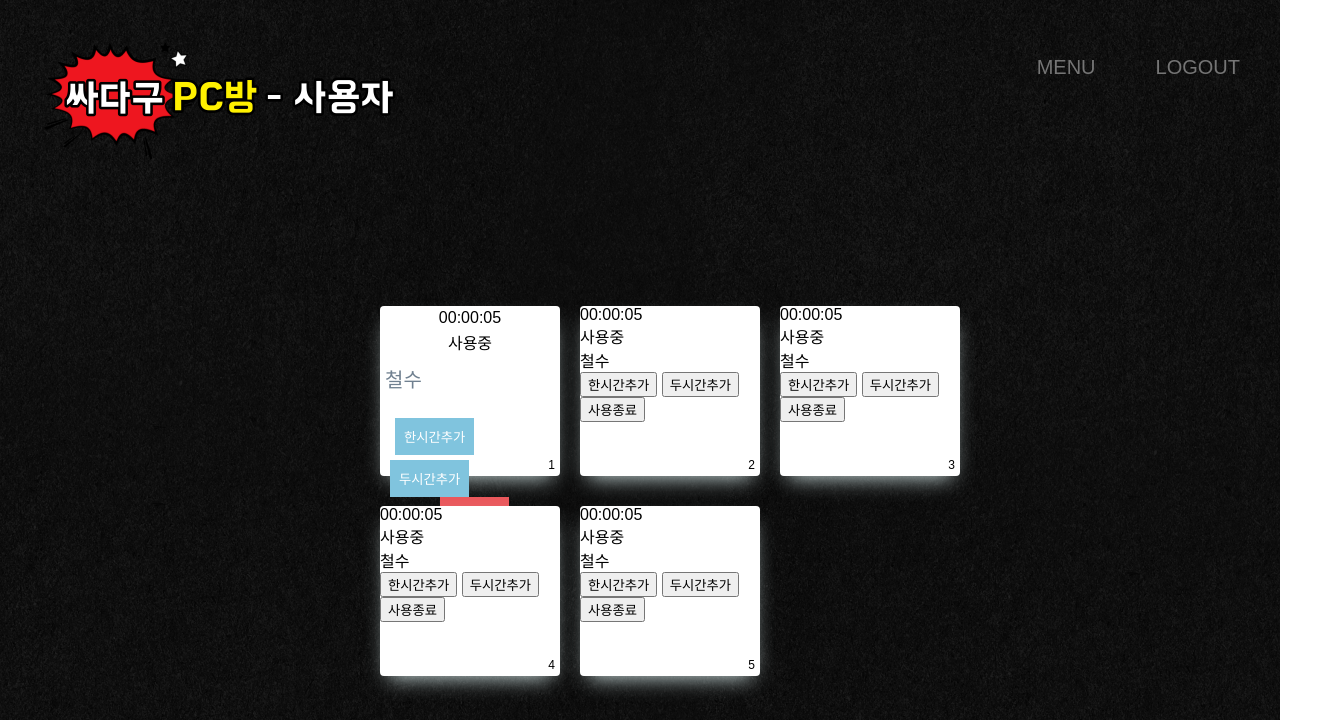
Repository: lkwoung/webProject-assignment
Page: http://localhost/CheapPC/userSeat.jsp
An editor plug-in stored every save of this project. The page is shown before and after the next save, followed by the edit.
The browser window is 1280 px wide. The page is 1320 px wide, so the pictures cover 1320 px, including what lies to the right of the window. The pictures show the whole page.
Some web fonts or font styles are not loaded; a fallback is used. The page is served by Tomcat 9.

Above is the page before, as saved 2020-12-13 13:33:54.

After the next save:
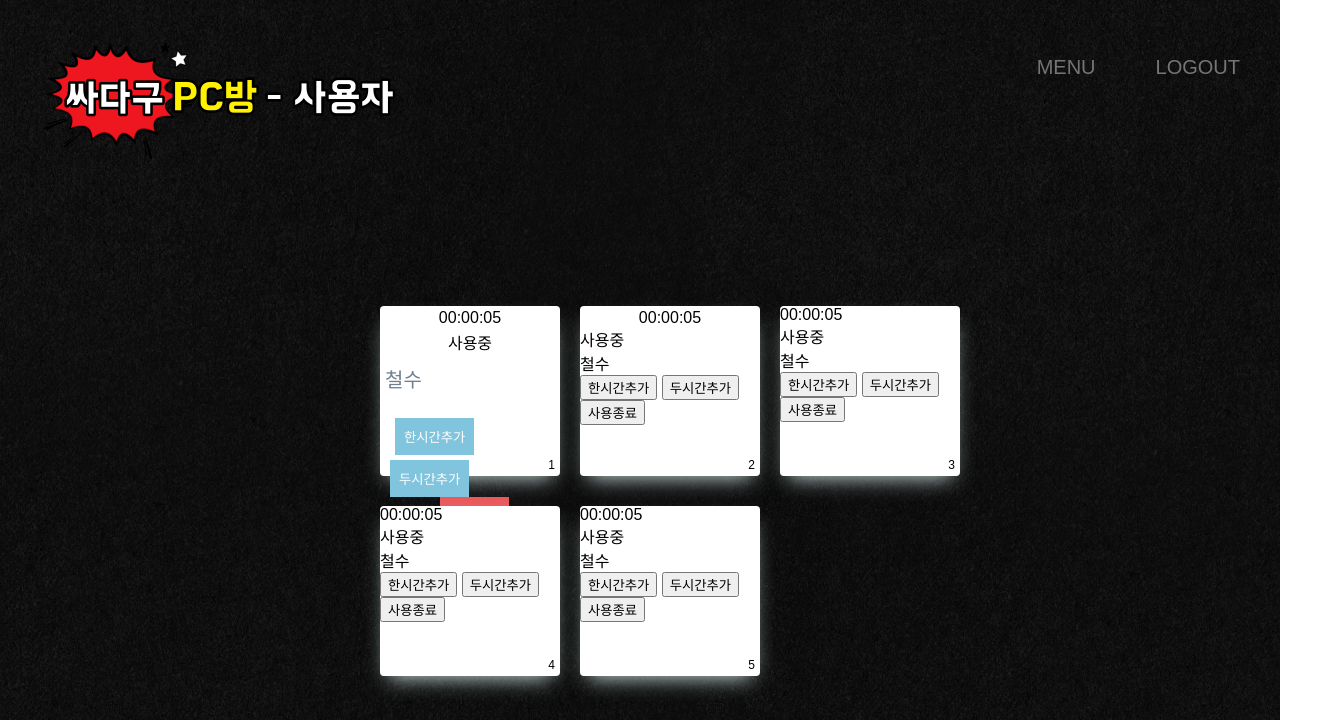
Saved 25 s later.
--- a/CheapPC/WebContent/userSeat.jsp
+++ b/CheapPC/WebContent/userSeat.jsp
@@ -48,7 +48,7 @@
         <div class="button r" id="button-2">
           <div class="knobs"></div>
              <div class="layer">
-                <div class="1">00:00:00</div>
+                <div class="1" style="text-align:center;padding-top:3px;">00:00:00</div>
                 <div id="1-state">사용중</div>
                 <div id="1-user"> </div>
             <input type="button" onclick="fncAddTime(1,3600);" value="한시간추가"/>
